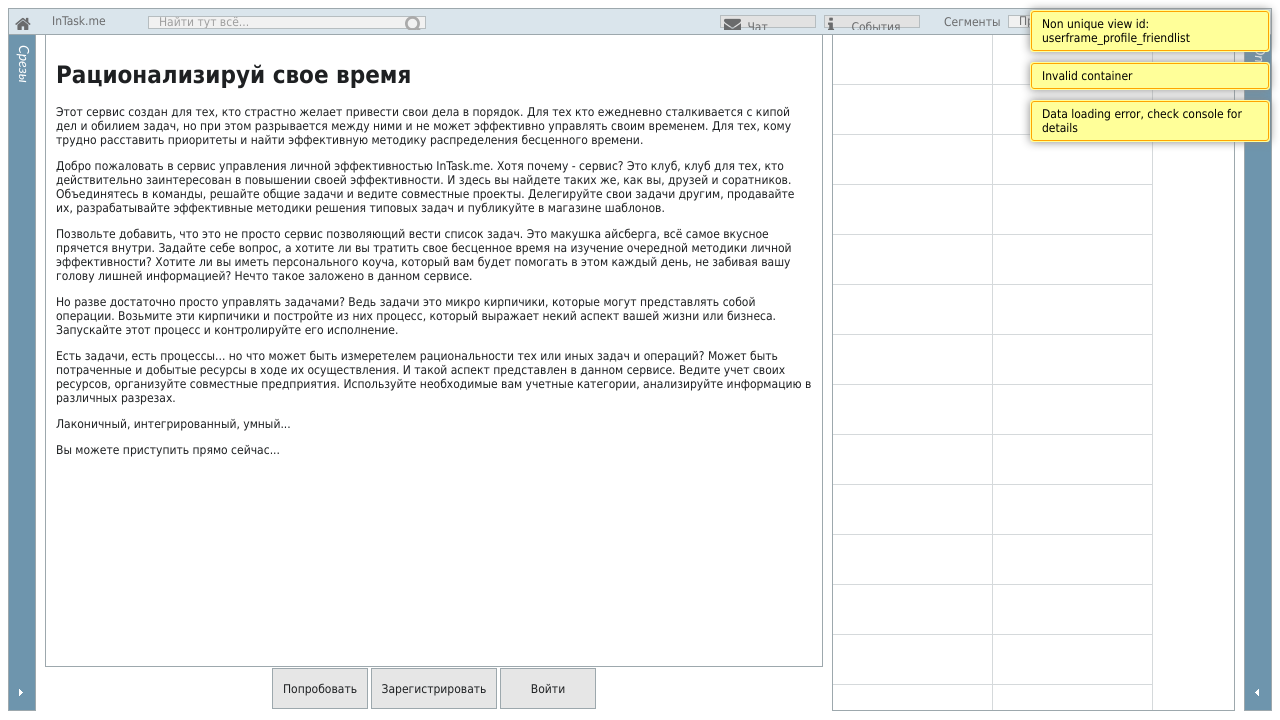
Repository: Startdoid/fnsc
Page: client/index.html
The author's editor kept a record of every edit. The page is drawn from the files as they stood at one moment, then again after the next edit.
The browser window is 1280 px wide. The pictures show the whole page.
The page's requests for data from a server got no answer.

Above is the page before.
Console error (its wording comes from the project's code and is left out).

After the next edit:
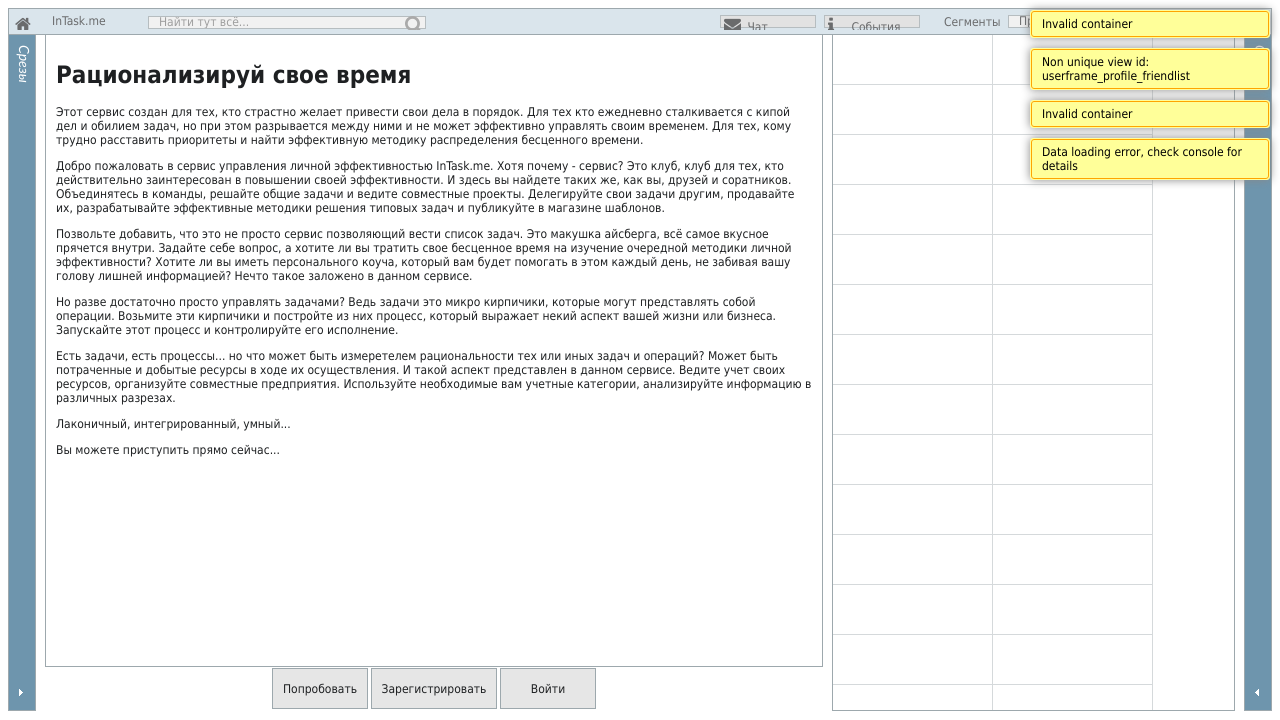
The edit:
--- a/client/js/views/wmasterview.js
+++ b/client/js/views/wmasterview.js
@@ -509,8 +509,10 @@
 var userframe_profile_friendlist = {
   view:"dataview", id:"userframe_profile_friendlist",
 	width:300, minHeight:App.WinSize.windowHeight / 100 * 85, autoheight:true,
-	borderless:false, select:true, scroll:'y', yCount:10,
-	type:{ height: 84 },
+	borderless:false, select:true, scroll:'y', yCount:10, xCount:1,
+	type:{ height: 84, width:300 },
+	pos:0, total_count:14,
+	container:'vbru',
 	template:"html->friendlist_template",
 	url:'api/userlist',
   datafetch:3,
